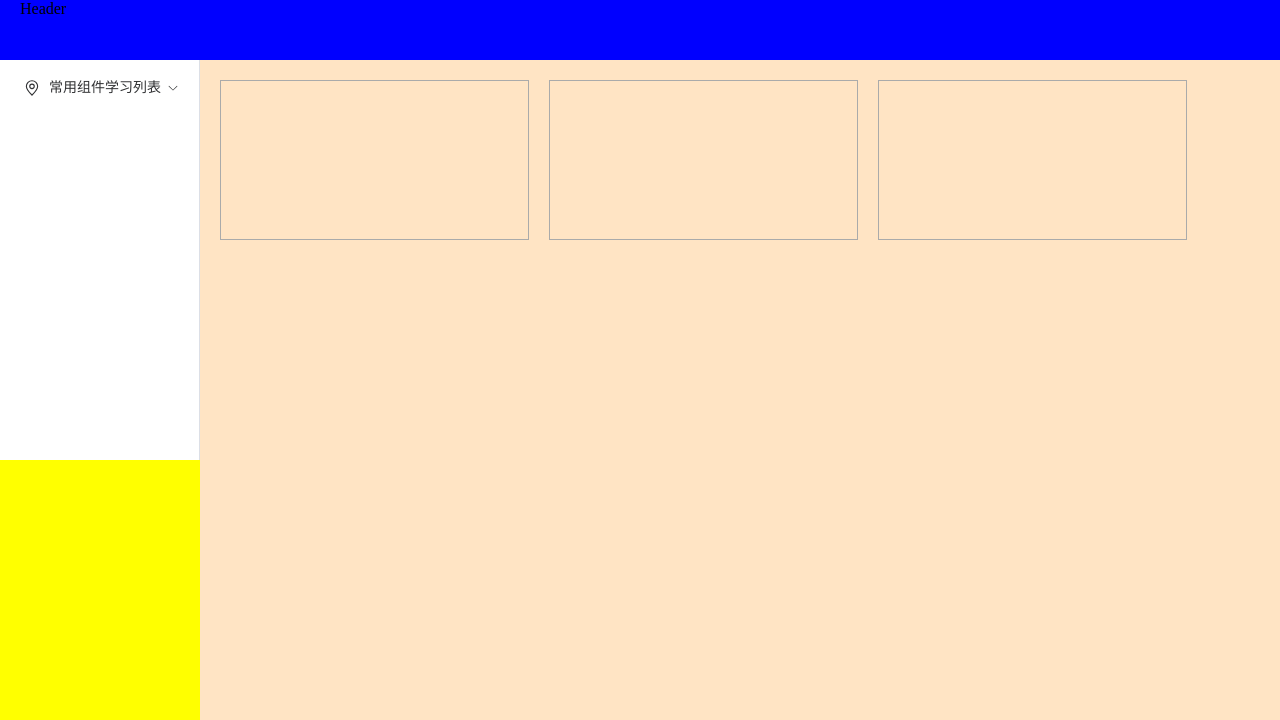
Repository: 553559555/vue3-project
Page: /#/index (app in vue3-app/)
An editor plug-in stored every save of this project. The page is shown before and after the next save, followed by the edit.
The browser window is 1280 px wide. The pictures show the whole page.
The project was rebuilt for these pictures with package versions that can differ from the ones it lists, and the page was loaded fresh each time. Also part of the build but not shown: vue3-app/vite.config.ts.

Above is the page before, as saved 2025-03-24 10:36:21.

After the next save:
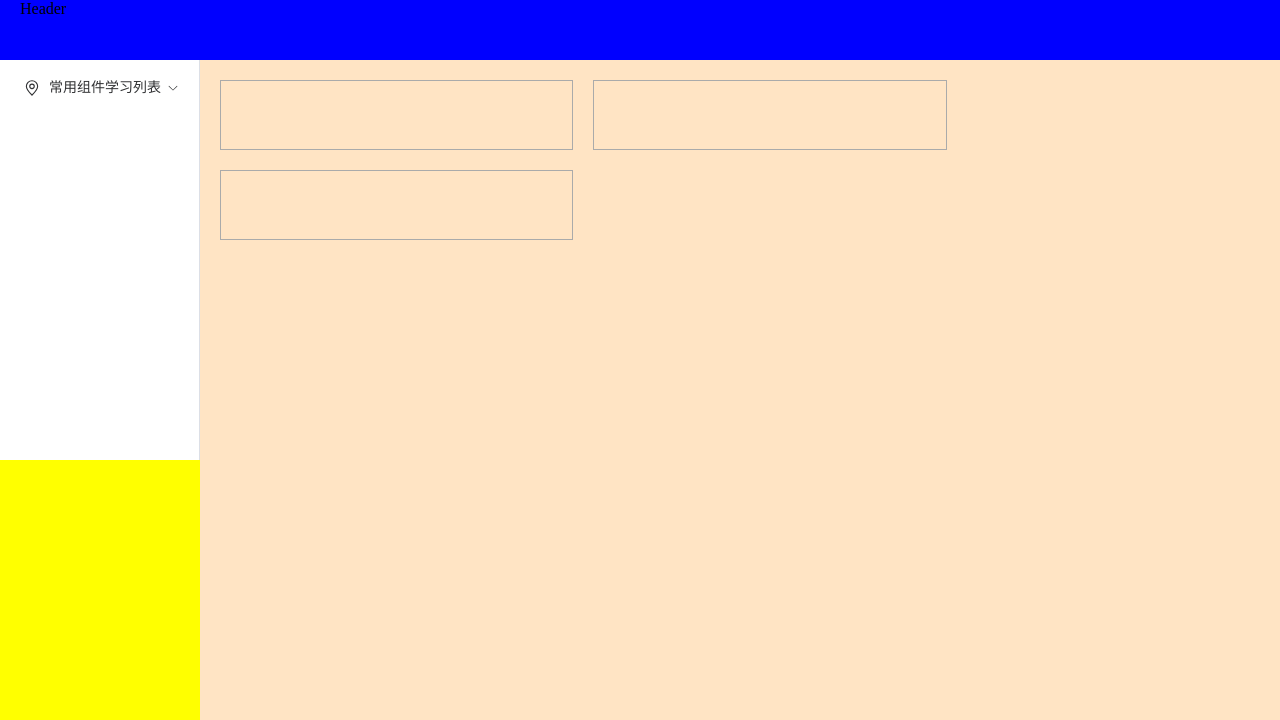
Saved 10 s later.
--- a/vue3-app/src/views/Home.vue
+++ b/vue3-app/src/views/Home.vue
@@ -1,13 +1,13 @@
 <template>
   <div class="home-container">
     <el-row class="row">
-      <el-col :span="7">
+      <el-col :span="8">
         <div class="grid-content ep-bg-purple-dark" />
       </el-col>
-      <el-col :span="7">
+      <el-col :span="8">
         <div class="grid-content ep-bg-purple-dark" />
       </el-col>
-      <el-col :span="7">
+      <el-col :span="8">
         <div class="grid-content ep-bg-purple-dark" />
       </el-col>
     </el-row>
